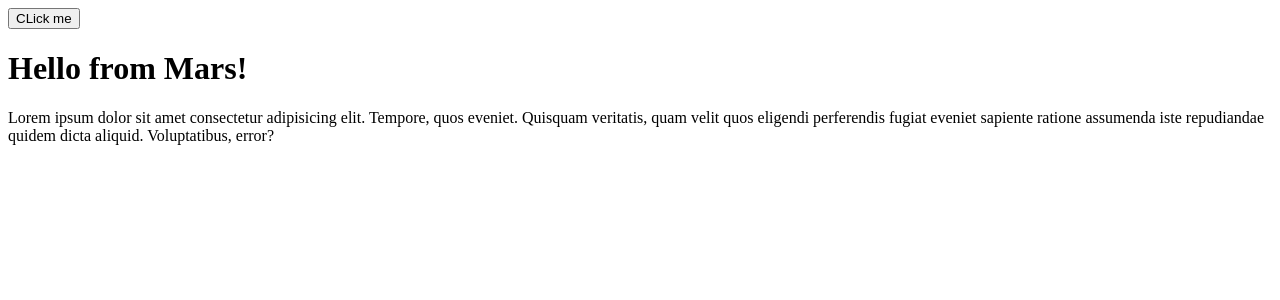
Repository: imokha01/DOM
Page: index.html
The author's editor kept a copy of each file at every save. The page is drawn from the files as they stood at one save, then again after the next save.
The browser window is 1280 px wide. The pictures show the whole page.

Above is the page before, as saved 2023-12-18 11:35:48.
Console error: TypeError: document.getElementsById is not a function

### index.html
<!DOCTYPE html>
<html lang="en">
  <head>
    <meta charset="UTF-8" />
    <meta name="viewport" content="width=device-width, initial-scale=1.0" />
    <title>Document</title>
    <link rel="stylesheet" href="./index.css" />
  </head>
  <body>
    <button>CLick me</button>
    <h1>Hello from Mars!</h1>
    <span class="text-desc" id="main-paragraph">
      Lorem ipsum dolor sit amet consectetur adipisicing elit. Tempore, quos
      eveniet.
    </span>
    <span class="text-desc">
      Quisquam veritatis, quam velit quos eligendi perferendis fugiat eveniet
    </span>
    <span id="without-style">
      sapiente ratione assumenda iste repudiandae quidem dicta aliquid.
      Voluptatibus, error?
    </span>
    <script src="./index.js"></script>
  </body>
</html>

### index.js
const first = document.getElementsById("main-paragraph");
const second = document


console.log(first)

Loaded but not shown: index.css (no copy from this time; the picture is the same without it)

After the next save:
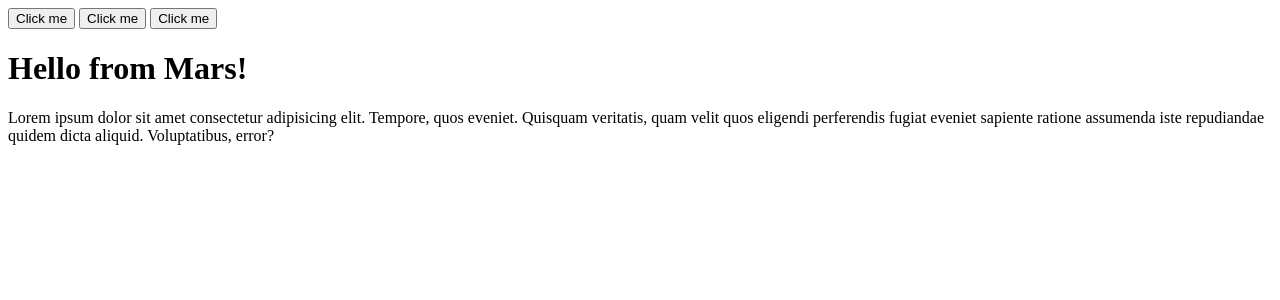
Saved 12 min 34 s later.
--- a/index.html
+++ b/index.html
@@ -7,7 +7,10 @@
     <link rel="stylesheet" href="./index.css" />
   </head>
   <body>
-    <button>CLick me</button>
+    <button>Click me</button>
+    <button>Click me</button>
+    <button>Click me</button>
+
     <h1>Hello from Mars!</h1>
     <span class="text-desc" id="main-paragraph">
       Lorem ipsum dolor sit amet consectetur adipisicing elit. Tempore, quos
